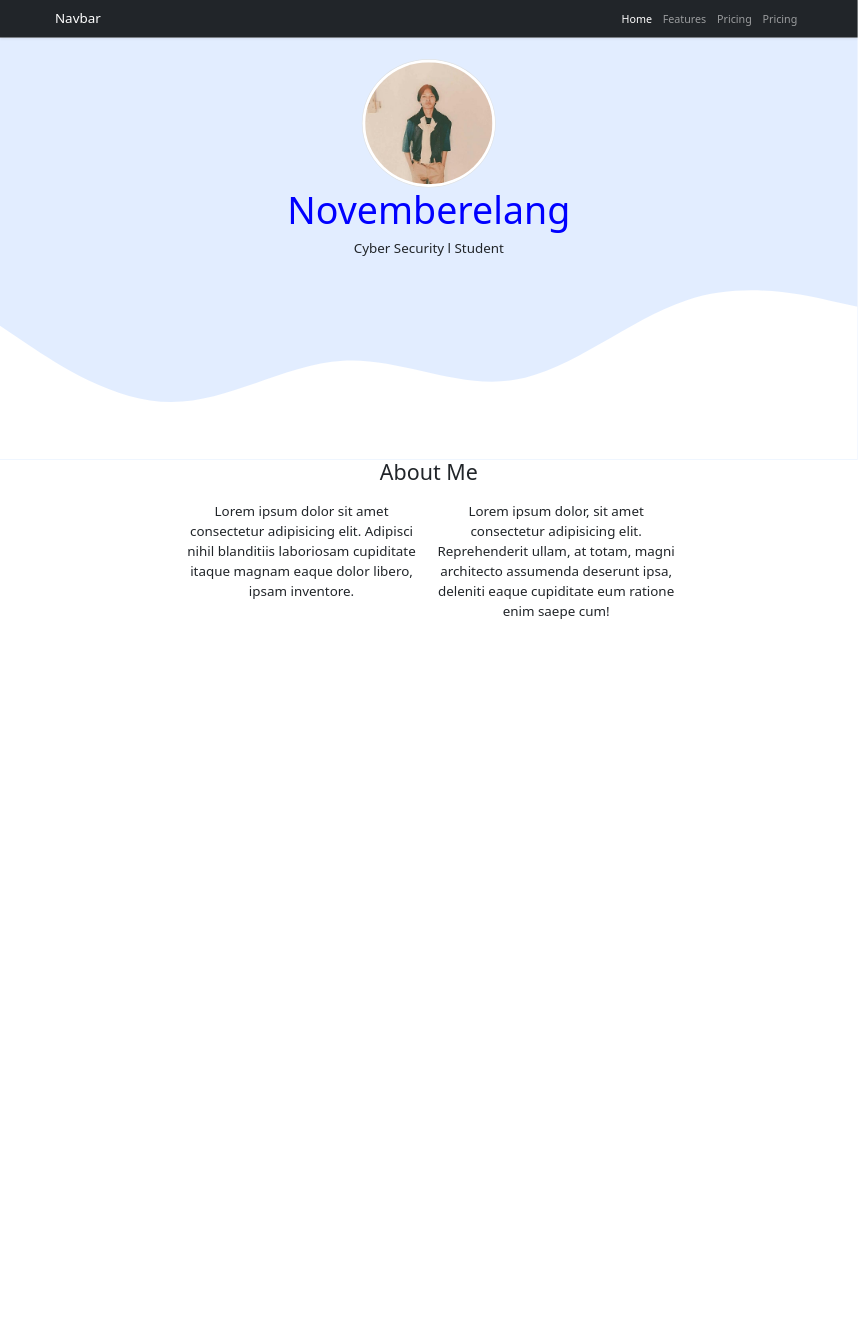
Repository: Novemberdad/gemilangtech.github.io
Page: index.html
The author's editor kept a copy of each file at every save. The page is drawn from the files as they stood at one save, then again after the next save.
The browser window is 1280 px wide. The pictures show the whole page, at 67% of full size.

Above is the page before, as saved 2021-07-21 00:11:22.

### index.html
<!DOCTYPE html>
<html lang="en">

<head>
    <!-- Required meta tags -->
    <meta charset="utf-8" />
    <meta name="viewport" content="width=device-width, initial-scale=1" />

    <!-- Bootstrap CSS -->
    <link href="https://cdn.jsdelivr.net/npm/bootstrap@5.0.2/dist/css/bootstrap.min.css" rel="stylesheet" integrity="sha384-EVSTQN3/azprG1Anm3QDgpJLIm9Nao0Yz1ztcQTwFspd3yD65VohhpuuCOmLASjC" crossorigin="anonymous" />

    <!--My CSS-->
    <link rel="stylesheet" href="style.css" />
    <title>My Portofoliio</title>
    <style>
        h1 {
            text-align: center;
            color: blue;
        }
    </style>
</head>

<body>
    <!--NAVBAR-->
    <nav class="navbar navbar-expand-lg navbar-dark bg-dark shadow-sm">
        <div class="container">
            <a class="navbar-brand" href="#">Navbar</a>
            <button class="navbar-toggler" type="button" data-bs-toggle="collapse" data-bs-target="#navbarNav" aria-controls="navbarNav" aria-expanded="false" aria-label="Toggle navigation">
          <span class="navbar-toggler-icon"></span>
        </button>
            <div class="collapse navbar-collapse" id="navbarNav">
                <ul class="navbar-nav ms-auto">
                    <li class="nav-item">
                        <a class="nav-link active" aria-current="page" href="#">Home</a>
                    </li>
                    <li class="nav-item">
                        <a class="nav-link" href="#">Features</a>
                    </li>
                    <li class="nav-item">
                        <a class="nav-link" href="#">Pricing</a>
                    </li>
                    <li class="nav-item">
                        <a class="nav-link" href="#">Pricing</a>
                    </li>
                </ul>
            </div>
        </div>
    </nav>
    <!--AKHIR NAVBAR-->

    <!--jumbortron-->
    <section class="jumbotron text-center">
        <img src="image/logo.jpg" alt="logo" width="200" class="rounded-circle img-thumbnail" />
        <h1 class="display-4">Novemberelang</h1>
        <p class="lead">Cyber Security l Student</p>
        <svg xmlns="http://www.w3.org/2000/svg" viewBox="0 0 1440 320">
        <path
          fill="#ffffff"
          fill-opacity="1"
          d="M0,96L48,128C96,160,192,224,288,224C384,224,480,160,576,154.7C672,149,768,203,864,186.7C960,171,1056,85,1152,53.3C1248,21,1344,43,1392,53.3L1440,64L1440,320L1392,320C1344,320,1248,320,1152,320C1056,320,960,320,864,320C768,320,672,320,576,320C480,320,384,320,288,320C192,320,96,320,48,320L0,320Z"
        ></path>
      </svg>
    </section>
    <!--akhir jumbotron-->

    <!--about-->
    <section id="about">
        <div class="container">
            <div class="row text-center mb-3">
                <div class="col">
                    <h2>About Me</h2>
                </div>
            </div>
            <div class="row justify-content-center fs-5 text-center">
                <div class="col-4">
                    <p>Lorem ipsum dolor sit amet consectetur adipisicing elit. Adipisci nihil blanditiis laboriosam cupiditate itaque magnam eaque dolor libero, ipsam inventore.</p>
                </div>
                <div class="col-4">
                    <p>Lorem ipsum dolor, sit amet consectetur adipisicing elit. Reprehenderit ullam, at totam, magni architecto assumenda deserunt ipsa, deleniti eaque cupiditate eum ratione enim saepe cum!</p>
                </div>
            </div>
    </section>
    <!--akhir about-->


    <!--kontak-->
    <!--akhir kontak-->
    <script src="https://cdn.jsdelivr.net/npm/bootstrap@5.0.2/dist/js/bootstrap.bundle.min.js" integrity="sha384-MrcW6ZMFYlzcLA8Nl+NtUVF0sA7MsXsP1UyJoMp4YLEuNSfAP+JcXn/tWtIaxVXM" crossorigin="anonymous"></script>

    <!-- Option 2: Separate Popper and Bootstrap JS -->
    <!--
    <script src="https://cdn.jsdelivr.net/npm/@popperjs/core@2.9.2/dist/umd/popper.min.js" integrity="sha384-IQsoLXl5PILFhosVNubq5LC7Qb9DXgDA9i+tQ8Zj3iwWAwPtgFTxbJ8NT4GN1R8p" crossorigin="anonymous"></script>
    <script src="https://cdn.jsdelivr.net/npm/bootstrap@5.0.2/dist/js/bootstrap.min.js" integrity="sha384-cVKIPhGWiC2Al4u+LWgxfKTRIcfu0JTxR+EQDz/bgldoEyl4H0zUF0QKbrJ0EcQF" crossorigin="anonymous"></script>
    -->
</body>

</html>

### style.css
body {
    min-height: 2000px;
}

.jumbotron {
    padding-top: 2rem;
    background-color: #e2edff;
}

After the next save:
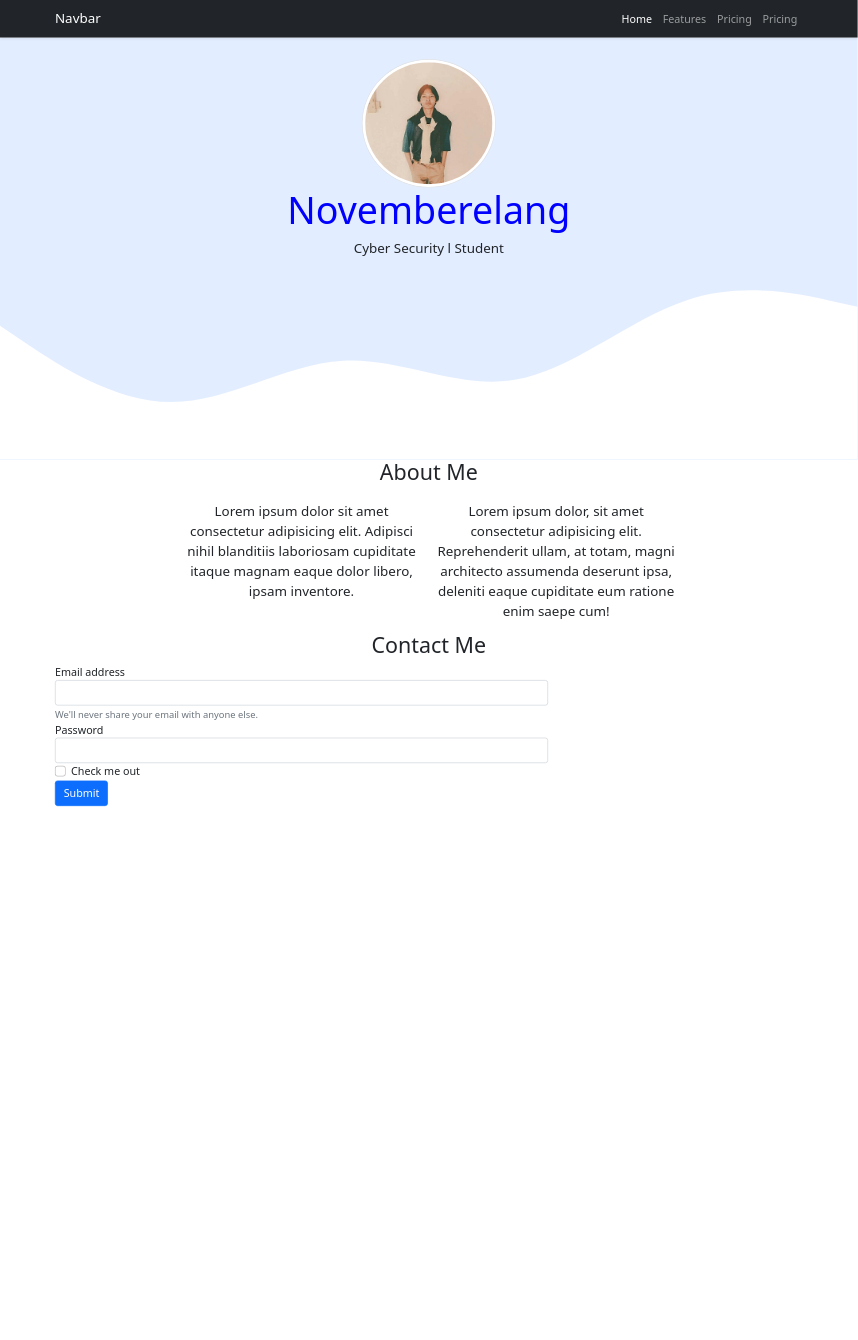
Saved 6 min 44 s later.
--- a/index.html
+++ b/index.html
@@ -84,7 +84,38 @@
 
 
     <!--kontak-->
+    <section id="contact">
+        <div class="container">
+            <div class="row text-center">
+                <div class="col">
+                    <h2> Contact Me</h2>
+                </div>
+            </div>
+            <div class="row">
+                <div class="col-md-8">
+                    <form>
+                        <div class="form-group">
+                            <label for="exampleInputEmail1">Email address</label>
+                            <input type="email" class="form-control" id="exampleInputEmail1" aria-describedby="emailHelp">
+                            <small id="emailHelp" class="form-text text-muted">We'll never share your email with anyone else.</small>
+                        </div>
+                        <div class="form-group">
+                            <label for="exampleInputPassword1">Password</label>
+                            <input type="password" class="form-control" id="exampleInputPassword1">
+                        </div>
+                        <div class="form-group form-check">
+                            <input type="checkbox" class="form-check-input" id="exampleCheck1">
+                            <label class="form-check-label" for="exampleCheck1">Check me out</label>
+                        </div>
+                        <button type="submit" class="btn btn-primary">Submit</button>
+                    </form>
+                </div>
+            </div>
+        </div>
+    </section>
     <!--akhir kontak-->
+
+
     <script src="https://cdn.jsdelivr.net/npm/bootstrap@5.0.2/dist/js/bootstrap.bundle.min.js" integrity="sha384-MrcW6ZMFYlzcLA8Nl+NtUVF0sA7MsXsP1UyJoMp4YLEuNSfAP+JcXn/tWtIaxVXM" crossorigin="anonymous"></script>
 
     <!-- Option 2: Separate Popper and Bootstrap JS -->
